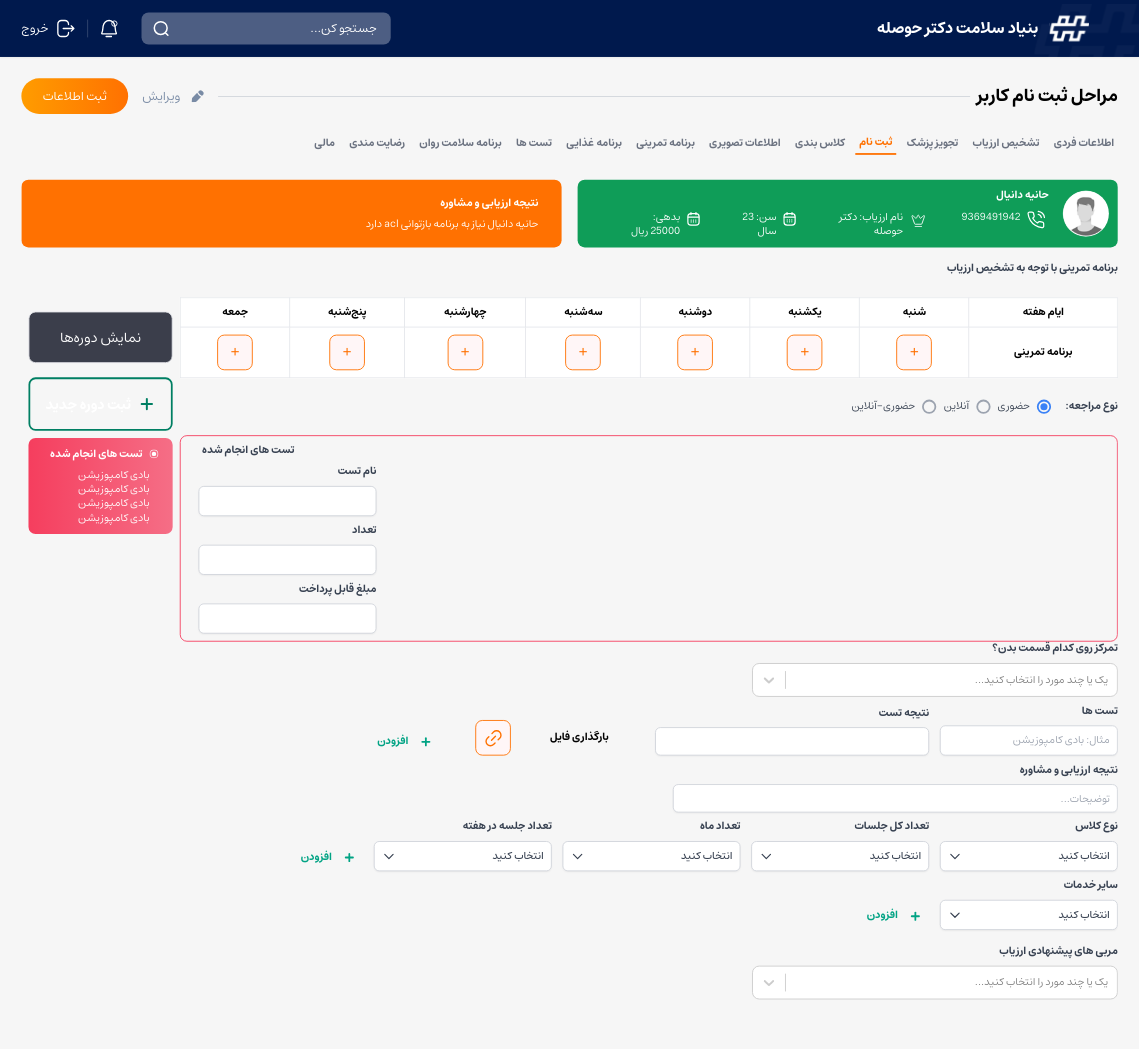
Repository: mirnajafi/ERP_hoseleh_V1.0
Page: /register, after clicking the first element matching `div.flex > :nth-child(4)`
An editor plug-in stored every save of this project. The page is shown before and after the next save, followed by the edit.
The browser window is 1280 px wide. The pictures show the whole page, at 89% of full size.
Some web fonts or font styles are not loaded; a fallback is used. The project was rebuilt for these pictures with package versions that can differ from the ones it lists, and the page was loaded fresh each time. The framework's server and built-in components were replaced by stand-ins that run in the browser. Also part of the build but not shown: next.config.mjs, src/components/icons/trash.tsx, src/components/weekTable/weekTable.css, src/components/icons/copy.tsx, src/components/recognitionEvaluator/recognitionEvaluator.tsx.

Above is the page before, as saved 2025-02-28 23:49:02.

After the next save:
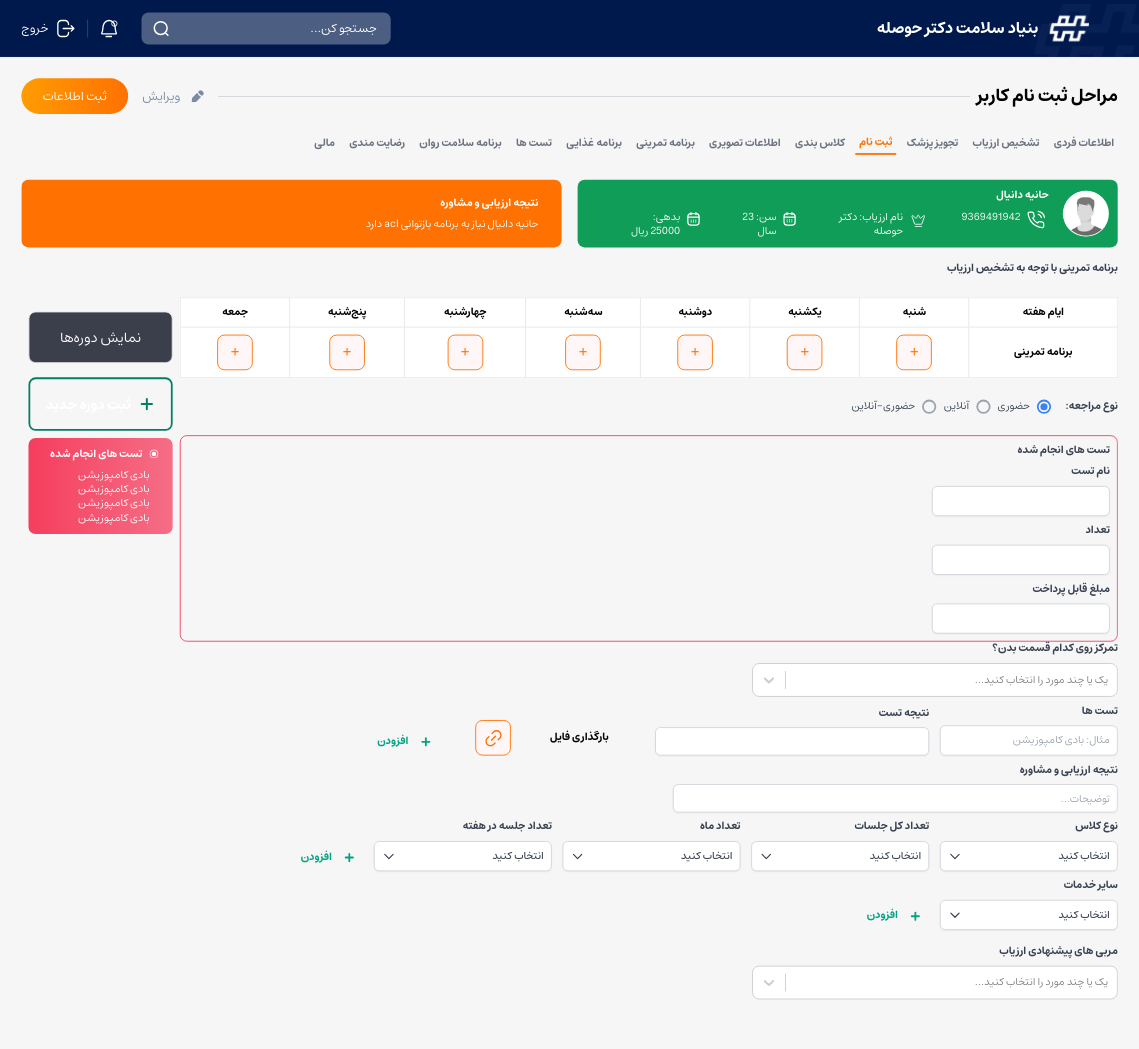
Saved 9 s later.
--- a/src/components/registration/registration.tsx
+++ b/src/components/registration/registration.tsx
@@ -81,7 +81,7 @@ const Registration = () => {
                     </div>
 
 
-                    <div className="w-full xl:py-2 my-0  flex flex-col  xl:justify-start xl:items-end border border-[#F53E5E] rounded-[8px] p-[8px]">
+                    <div className="w-full xl:py-2 my-0  flex flex-col  border border-[#F53E5E] rounded-[8px] p-[8px]">
                         <label className="text-xs font-bold text-gray-700 ml-4">تست های انجام شده</label>
 
                         <Input
